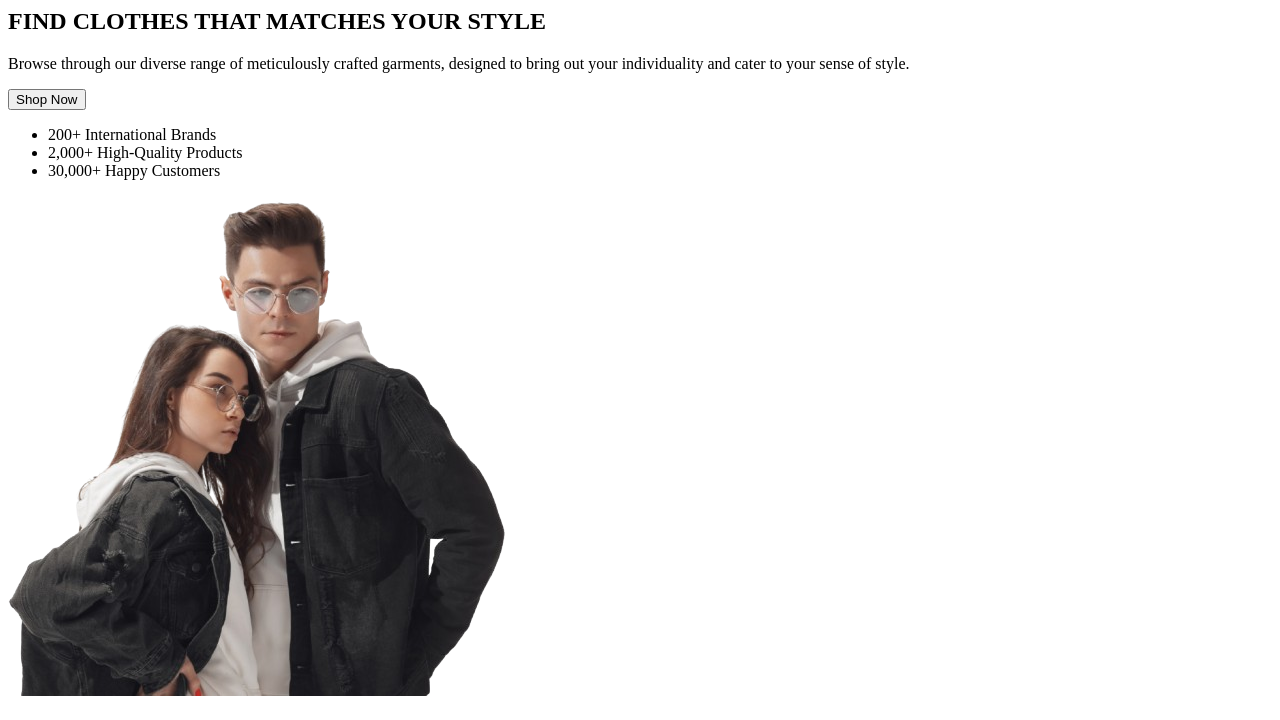
Repository: jekakoba/shop-co
Page: src/html/components/hero/_hero.html
The author's editor kept a copy of each file at every save. The page is drawn from the files as they stood at one save, then again after the next save.
The browser window is 1280 px wide. The pictures show the whole page.

Above is the page before, as saved 2025-03-04 18:34:43.

### src/html/components/hero/_hero.html
<section class="bg-c-white-light">
	<div class="container pt-10 lg:pt-[103px] grid md:grid-cols-[49.3%_1fr] gap-7 md:gap-12">
		<div class="md:pb-14 lg:pb-28">
			<h1 class="h1 not-last:mb-5 md:not-last:mb-8 text-balance">
				FIND CLOTHES THAT MATCHES YOUR STYLE
			</h1>
			<p class="leading-6 not-last:mb-6 md:not-last:mb-8 lg:max-w-[545px] text-black/60">
				Browse through our diverse range of meticulously crafted garments,
				designed to bring out your individuality and cater to your sense of
				style.
			</p>
			<button class="button hover:bg-c-yellow px-[68px] py-[14px] not-last:mb-[22px] md:not-last:mb-12 mdMax:w-full">
				Shop Now
			</button>
			<ul class="grid grid-cols-2 justify-items-center md:justify-center gap-y-3 md:gap-counter not-last:mb-[22px] md:not-last:mb-12 md:grid-cols-3">
				<li class="flex gap-x-7 md:gap-counter mdMax:ml-auto not-last:after:content-[''] not-last:after:w-[1px] not-last:after:basis-[1px] not-last:after:bg-black/10 not-last:after:ml-auto">
					<div class="flex flex-col gap-2">
						<span class="block text-2xl md:counter-title font-bold leading-none">200+</span>
						<span class="text-xs md:counter-text text-black/60">International Brands</span>
					</div>
				</li>
				<li class="flex gap-x-7 md:gap-counter md:not-last:after:content-[''] md:not-last:after:w-[1px] md:not-last:after:basis-[1px] md:not-last:after:bg-black/10 md:not-last:after:ml-auto mdMax:mr-auto mdMax:pl-7">
					<div class="flex flex-col gap-2">
						<span class="block text-2xl md:counter-title font-bold leading-none">2,000+</span>
						<span class="text-xs md:counter-text text-black/60">High-Quality Products</span>
					</div>
				</li>
				<li class="flex gap-x-7 md:gap-counter not-last:after:content-[''] not-last:after:w-[1px] not-last:after:basis-[1px] not-last:after:bg-black/10 not-last:after:ml-auto mdMax:col-span-2">
					<div class="flex flex-col gap-2">
						<span class="block text-2xl md:counter-title font-bold leading-none">30,000+</span>
						<span class="text-xs md:counter-text text-black/60">Happy Customers</span>
					</div>
				</li>
			</ul>
		</div>
		<div class="relative h-full mdMax:-mx-10">
			<img class="w-full md:ibg-contain object-bottom" fetchpriority="heigh" src="@i/a-girl-and-a-guy-stand-next-to-each-other-in-denim-jackets-removebg-preview.png" alt="a girl and a guy stand next to each other in denim jackets" />
		</div>
	</div>
</section>

After the next save:
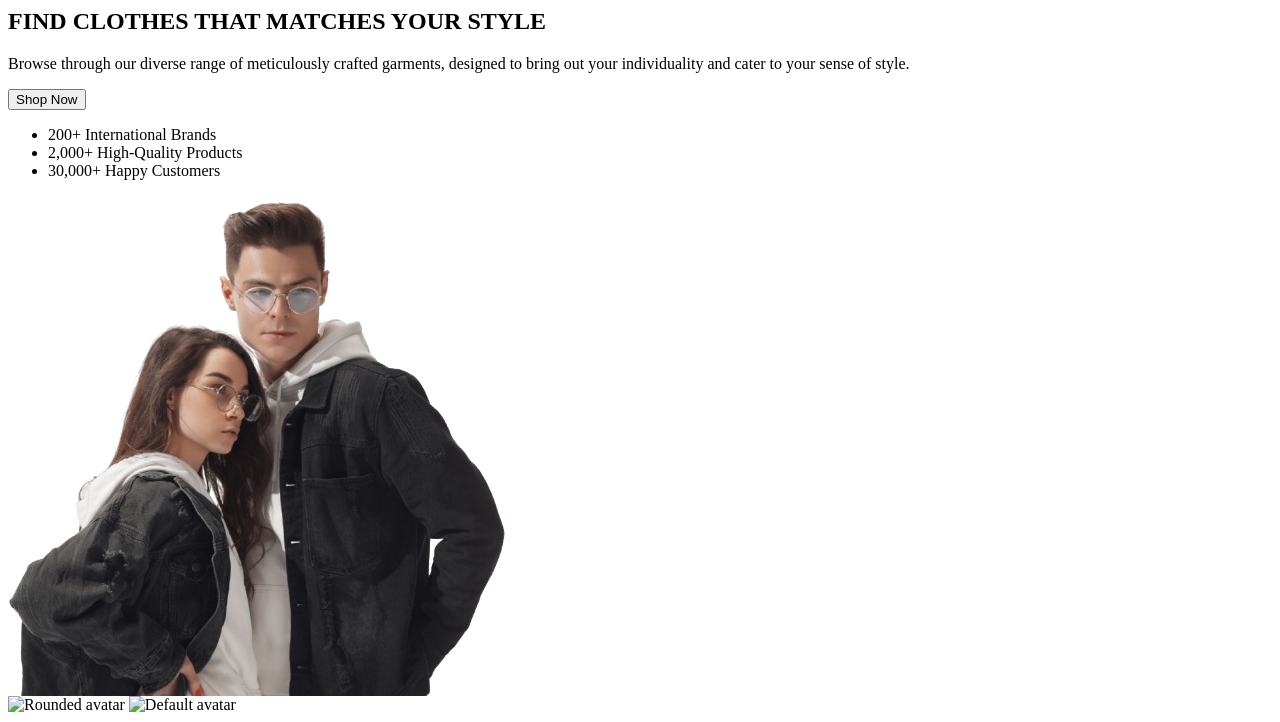
Not found: docs/images/people/profile-picture-5.jpg
Saved 5 s later.
--- a/src/html/components/hero/_hero.html
+++ b/src/html/components/hero/_hero.html
@@ -36,5 +36,7 @@
 		<div class="relative h-full mdMax:-mx-10">
 			<img class="w-full md:ibg-contain object-bottom" fetchpriority="heigh" src="@i/a-girl-and-a-guy-stand-next-to-each-other-in-denim-jackets-removebg-preview.png" alt="a girl and a guy stand next to each other in denim jackets" />
 		</div>
+		<img class="w-10 h-10 rounded-full" src="/docs/images/people/profile-picture-5.jpg" alt="Rounded avatar">
+		<img class="w-10 h-10 rounded-sm" src="/docs/images/people/profile-picture-5.jpg" alt="Default avatar">
 	</div>
 </section>
